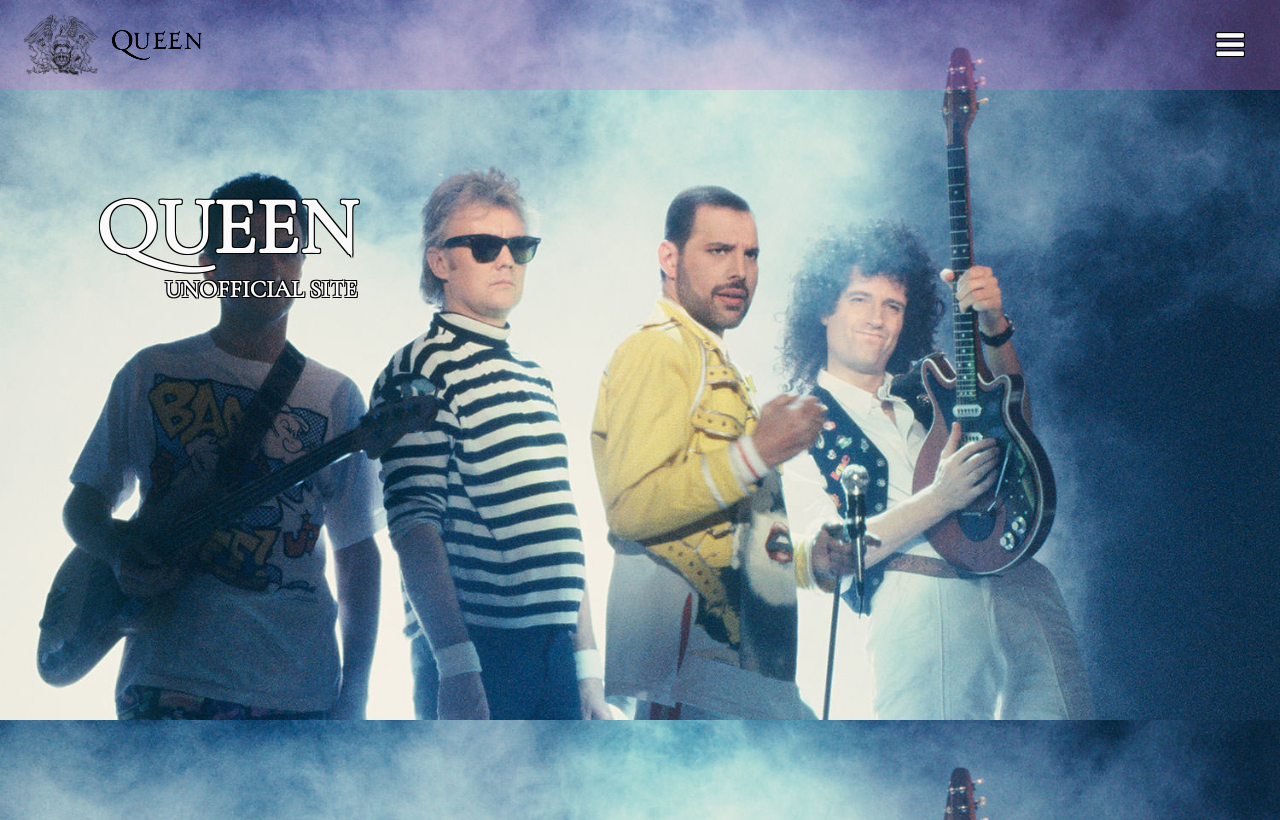
Repository: Olan1/Queen---The-Unofficial-Site
Page: music.html
The author's editor kept a record of every edit. The page is drawn from the files as they stood at one moment, then again after the next edit.
The browser window is 1280 px wide. The pictures show the part of the page from y = 0 to 820 px (the page is 2697 px tall before and 1977 px after).
Pictures or frames that could not be fetched are drawn as grey boxes. Backgrounds fixed to the window are drawn as part of the page.

Above is the page before.

After the next edit:
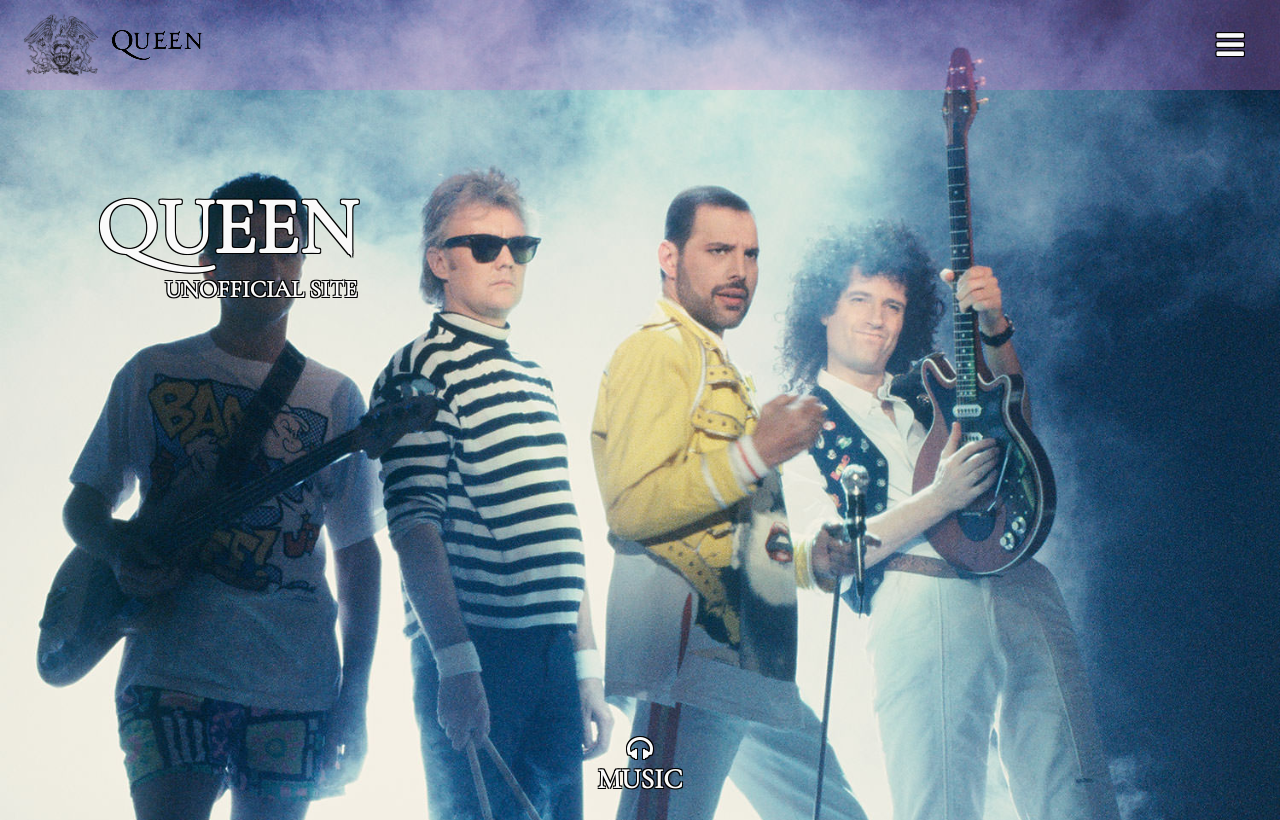
The edit:
--- a/music.html
+++ b/music.html
@@ -55,7 +55,7 @@
     <!-- /.Header -->
 
     <!--Music Section-->
-    <section id="music" class="container-fluid music-container">
+    <section id="music" class="container-fluid">
         <h3 class="uppercase text-outline"><i class="fa fa-headphones"></i>Music</h3>
         <div class="container pb-2">
             <div class="row">
